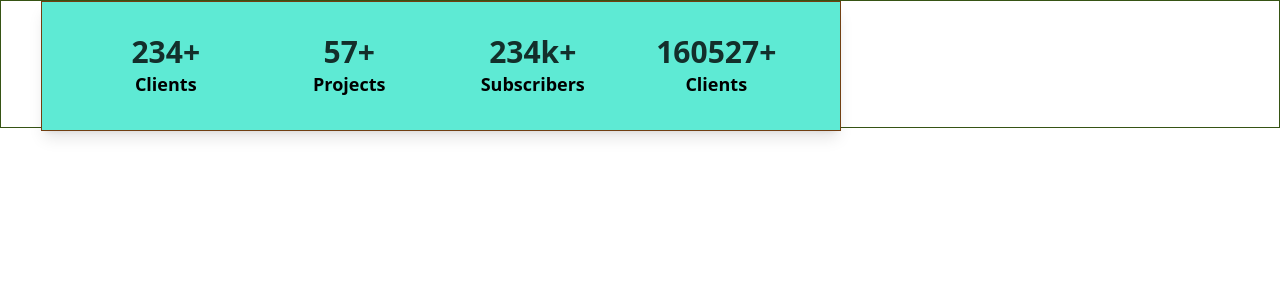
Repository: Kish202/Coz-Marketing-Site
Page: / (app in frontend/)
These files come from the project's save history. The page is drawn as it stood at one moment and after the next save; the edit follows.
The browser window is 1280 px wide. The pictures show the whole page.
The project was rebuilt for these pictures with package versions that can differ from the ones it lists, and the page was loaded fresh each time. Also part of the build but not shown: frontend/vite.config.js.

Above is the page before, as saved 2025-03-09 12:22:52.

### frontend/src/App.jsx
import { useState } from 'react'
import reactLogo from './assets/react.svg'
import viteLogo from '/vite.svg'
import './App.css'
import Service from './components/Service/Service'

function App() {
  const [count, setCount] = useState(0)

  return (


   <Service/>
  )
}

export default App

### frontend/src/components/Service/Service.jsx
import React from 'react'
import CountUp from "react-countup"

const Service =() =>{
  return (
    <section className="container h-12 md:h-32 border border-lime-900">
     <div className="grid grid-cols-4 w-full place-items-center  border border-yellow-900 bg-teal-300 p-2 shadow-lg dark:bg-violet-800 dark:text-white/70 md:max-w-[800px]  md:p-8">
    <div className="flex flex-col items-center justify-center " >



<h1 className="text-sm font-bold text-black/80 dark:text-white sm:text-lg md:text-3xl">
      <CountUp end={234} suffix="+" duration={2.75}/>

</h1>

<h1 className="sm:text-md text-xs font-bold md:text-lg">
Clients
</h1>




        </div>

        <div className="flex flex-col items-center justify-center">
  <h1 className="text-sm text-black/80 sm:text-lg md:text-3xl dark:text-white font-bold">
  <CountUp end={57} suffix="+" duratiion={2.75}/>  </h1>

    <h1 className="sm:text-md font-bold text-xs md:text-lg">
        Projects

        </h1>
            </div>

    <div className="flex flex-col items-center justify-center" >



        <h1 className="text-sm text-black/80 dark:text-white  sm:text-lg md:text-3xl font-bold">
<CountUp end={234}  suffix="k+" / >
        </h1>
<h1 className="font-bold  sm:text-md text-xs md:text-lg" >
Subscribers
</h1>


            </div>


<div className="flex flex-col items-center justify-center">
<h1 className="text-sm font-bold text-black/80 dark:text-white sm:text-lg md:text-3xl">
<CountUp start={-875.020}
end={160527.012} duration={2.75} separator="" suffix="+" />
</h1>


<h1 className="text-xs sm:text-md  font-bold md:text-lg ">
Clients
</h1>
</div>
</div>
    </section>
  )
}

export default Service

### frontend/tailwind.config.js
/** @type {import('tailwindcss').Config} */
export default {
  content: ["./index.html", "./src/**/*.{js,ts,jsx,tsx}"],
  darkMode: "class",
  theme: {
    extend: {
      screens: {
        xs: "480px",
      },
      colors: {
        primary: "#0070f3",
      },
    },

    container: {
      center: true,
      padding: {
        DEFAULT: "20px",
        md: "40px",
      },
    },
  },
  plugins: [],
};

Loaded but not shown: frontend/index.html (common file); frontend/src/main.jsx (common file); frontend/src/index.css (common file); frontend/src/App.css (common file)

After the next save:
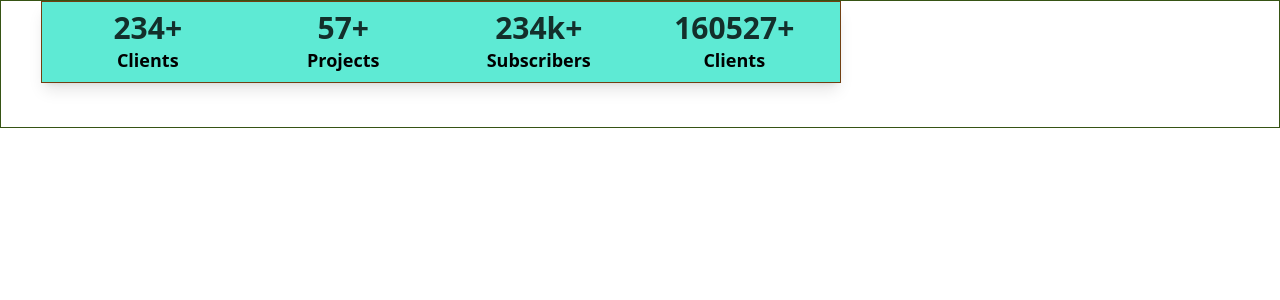
Saved 60 s later.
--- a/frontend/src/components/Service/Service.jsx
+++ b/frontend/src/components/Service/Service.jsx
@@ -4,7 +4,7 @@ import CountUp from "react-countup"
 const Service =() =>{
   return (
     <section className="container h-12 md:h-32 border border-lime-900">
-     <div className="grid grid-cols-4 w-full place-items-center  border border-yellow-900 bg-teal-300 p-2 shadow-lg dark:bg-violet-800 dark:text-white/70 md:max-w-[800px]  md:p-8">
+     <div className="grid grid-cols-4 w-full place-items-center  border border-yellow-900 bg-teal-300 p-2 shadow-lg dark:bg-violet-800 dark:text-white/70 md:max-w-[800px] ">
     <div className="flex flex-col items-center justify-center " >
 
 
